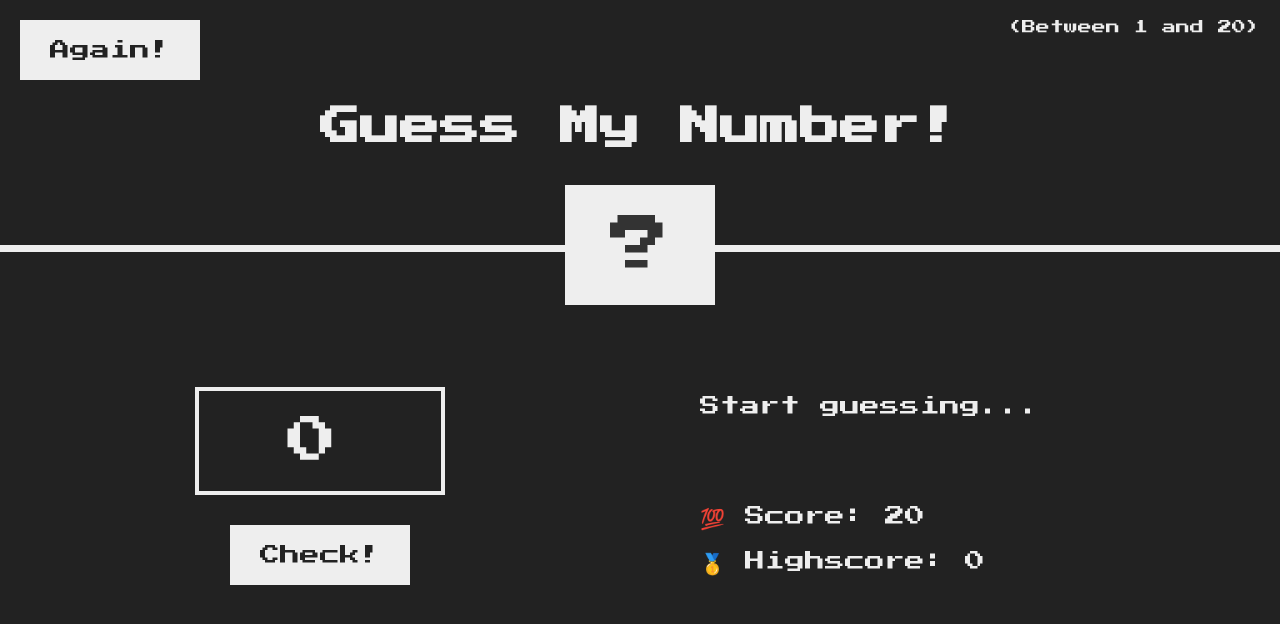
Repository: mjcanon4/guess-my-number
Page: index.html
An editor plug-in stored every save of this project. The page is shown before and after the next save, followed by the edit.
The browser window is 1280 px wide. The pictures show the whole page.
Empty fields were first filled with sample values (such as "Sample", 5 or name@example.com).
After loading, the first visible `button.btn` was clicked once.

Above is the page before, as saved 2021-02-05 00:14:03.

### index.html
<!DOCTYPE html>
<html lang="en">
  <head>
    <meta charset="UTF-8" />
    <meta name="viewport" content="width=device-width, initial-scale=1.0" />
    <meta http-equiv="X-UA-Compatible" content="ie=edge" />
    <link rel="stylesheet" href="index.css" />
    <title>Guess My Number!</title>
  </head>
  <body>
    <header>
      <h1>Guess My Number!</h1>
      <p class="between">(Between 1 and 20)</p>
      <button class="btn again">Again!</button>
      <div class="number">?</div>
    </header>
    <main>
      <section class="left">
        <input type="number" class="guess" />
        <button class="btn check">Check!</button>
      </section>
      <section class="right">
        <p class="message">Start guessing...</p>
        <p class="label-score">💯 Score: <span class="score">20</span></p>
        <p class="label-highscore">
          🥇 Highscore: <span class="highscore">0</span>
        </p>
      </section>
    </main>
    <script src="index.js"></script>
  </body>
</html>

### index.css
@import url("https://fonts.googleapis.com/css?family=Press+Start+2P&display=swap");

* {
  margin: 0;
  padding: 0;
  box-sizing: inherit;
}

html {
  font-size: 62.5%;
  box-sizing: border-box;
}

body {
  font-family: "Press Start 2P", sans-serif;
  color: #eee;
  background-color: #222;
  /* background-color: #60b347; */
}

/* LAYOUT */
header {
  position: relative;
  height: 35vh;
  border-bottom: 7px solid #eee;
}

main {
  height: 65vh;
  color: #eee;
  display: flex;
  align-items: center;
  justify-content: space-around;
}

.left {
  width: 52rem;
  display: flex;
  flex-direction: column;
  align-items: center;
}

.right {
  width: 52rem;
  font-size: 2rem;
}

/* ELEMENTS STYLE */
h1 {
  font-size: 4rem;
  text-align: center;
  position: absolute;
  width: 100%;
  top: 52%;
  left: 50%;
  transform: translate(-50%, -50%);
}

.number {
  background: #eee;
  color: #333;
  font-size: 6rem;
  width: 15rem;
  padding: 3rem 0rem;
  text-align: center;
  position: absolute;
  bottom: 0;
  left: 50%;
  transform: translate(-50%, 50%);
}

.between {
  font-size: 1.4rem;
  position: absolute;
  top: 2rem;
  right: 2rem;
}

.again {
  position: absolute;
  top: 2rem;
  left: 2rem;
}

.guess {
  background: none;
  border: 4px solid #eee;
  font-family: inherit;
  color: inherit;
  font-size: 5rem;
  padding: 2.5rem;
  width: 25rem;
  text-align: center;
  display: block;
  margin-bottom: 3rem;
}

.btn {
  border: none;
  background-color: #eee;
  color: #222;
  font-size: 2rem;
  font-family: inherit;
  padding: 2rem 3rem;
  cursor: pointer;
}

.btn:hover {
  background-color: #ccc;
}

.message {
  margin-bottom: 8rem;
  height: 3rem;
}

.label-score {
  margin-bottom: 2rem;
}

### index.js
"use strict";

//Here we are creating the secret number
const number = Math.trunc(Math.random() * 20) + 1;
let score = 20;
let highScore = 0;

// Resetting the game via the Again button
document.querySelector(".again").addEventListener("click", function () {
  document.querySelector(".message").textContent = "Start guessing...";
  document.querySelector(".score").textContent = 20;
  document.querySelector("body").style.backgroundColor = "#222";
  document.querySelector(".number").style.width = "15rem";
  document.querySelector(".number").textContent = "?";
  document.querySelector(".guess").value = 0;
});

// Listening for a click
document.querySelector(".check").addEventListener("click", function () {
  const guess = Number(document.querySelector(".guess").value);
  console.log(guess, typeof guess);

  //If there is no guess but check has been clicked, a message appears
  if (!guess) {
    document.querySelector(".message").textContent =
      "I need a number to check...";
  } else if (guess === number) {
    document.querySelector(".message").textContent = "Congrats! 🥳";
    document.querySelector(".highscore").textContent = score;
    document.querySelector("body").style.backgroundColor = "#60b347";
    document.querySelector(".number").style.width = "30rem";
    document.querySelector(".number").textContent = number;
  } else if (guess > number) {
    if (score > 1) {
      document.querySelector(".message").textContent = "⏬ Too high...";
      score--;
      document.querySelector(".score").textContent = score;
    } else {
      document.querySelector(".message").textContent = "Dont visit a casino 😅";
      document.querySelector(".score").textContent = 0;
    }
  } else if (guess < number) {
    if (score > 1) {
      document.querySelector(".message").textContent = "⏫ Too low...";
      score--;
      document.querySelector(".score").textContent = score;
    } else {
      document.querySelector(".message").textContent = "Dont visit a casino 😅";
      document.querySelector(".score").textContent = 0;
    }
  }
});

After the next save:
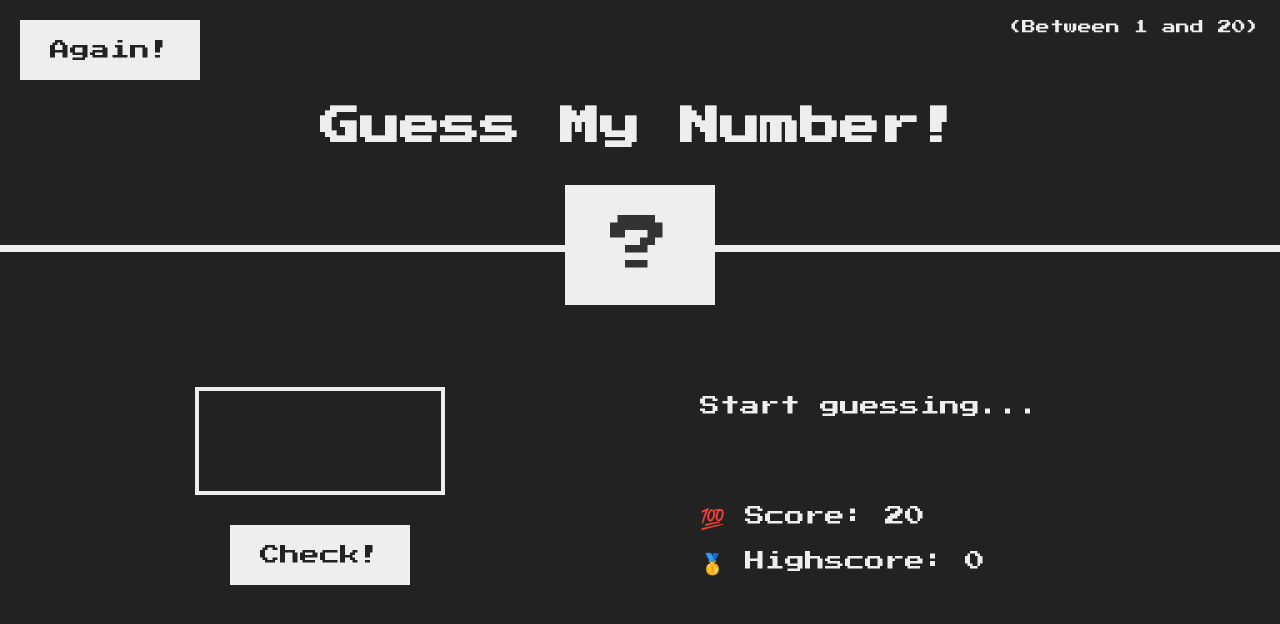
Saved 57 s later.
--- a/index.js
+++ b/index.js
@@ -12,7 +12,7 @@ document.querySelector(".again").addEventListener("click", function () {
   document.querySelector("body").style.backgroundColor = "#222";
   document.querySelector(".number").style.width = "15rem";
   document.querySelector(".number").textContent = "?";
-  document.querySelector(".guess").value = 0;
+  document.querySelector(".guess").value = "";
 });
 
 // Listening for a click
